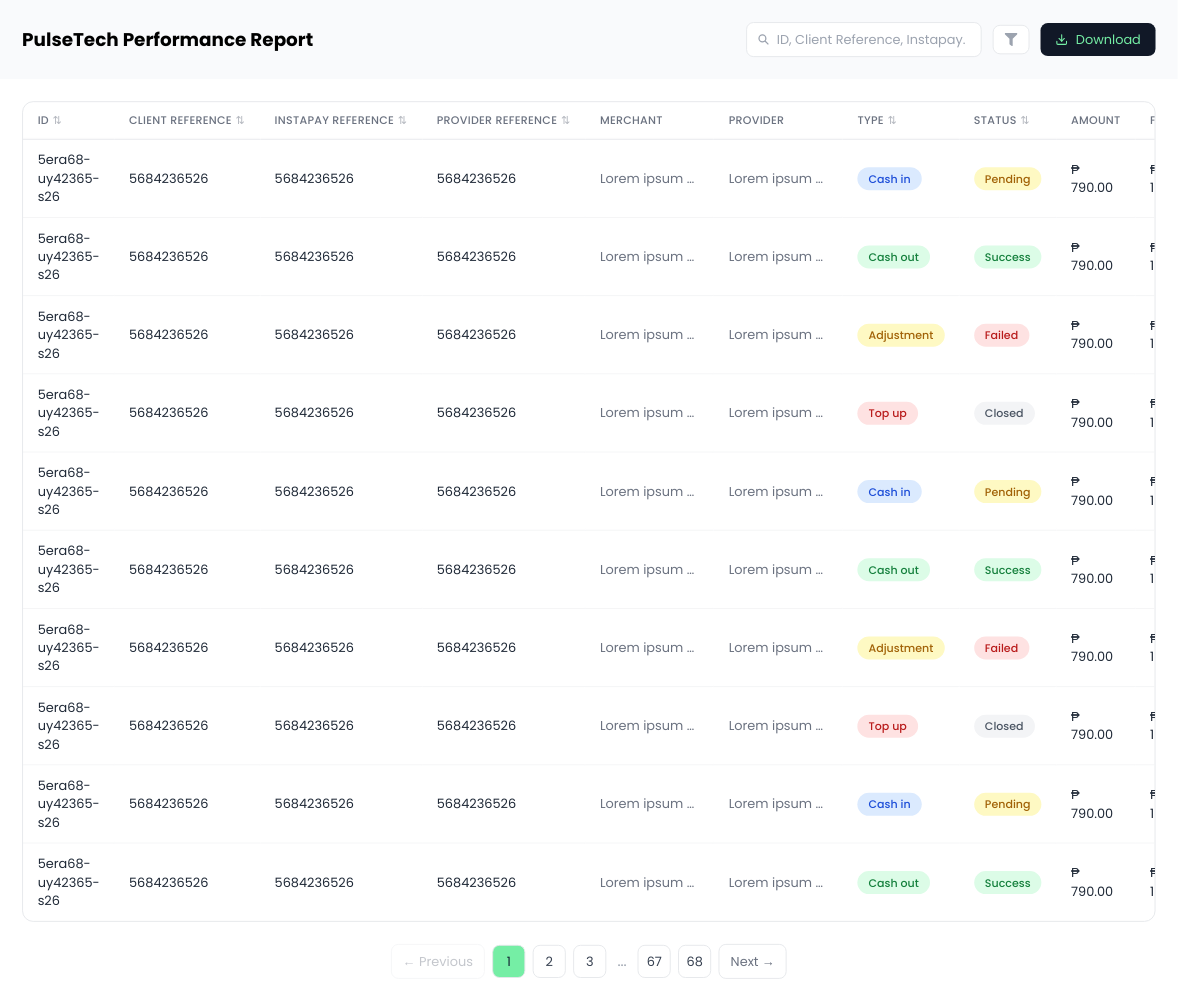
Repository: ShyrineJardin/pulse_admin
Page: /dashboard
The author's editor kept a copy of each file at every save. The page is drawn from the files as they stood at one save, then again after the next save.
The browser window is 1280 px wide. The pictures show the whole page, at 92% of full size.
The project was rebuilt for these pictures with package versions that can differ from the ones it lists, and the page was loaded fresh each time. Also part of the build but not shown: src/components/Login.jsx.

Above is the page before, as saved 2026-03-26 15:20:18.

After the next save:
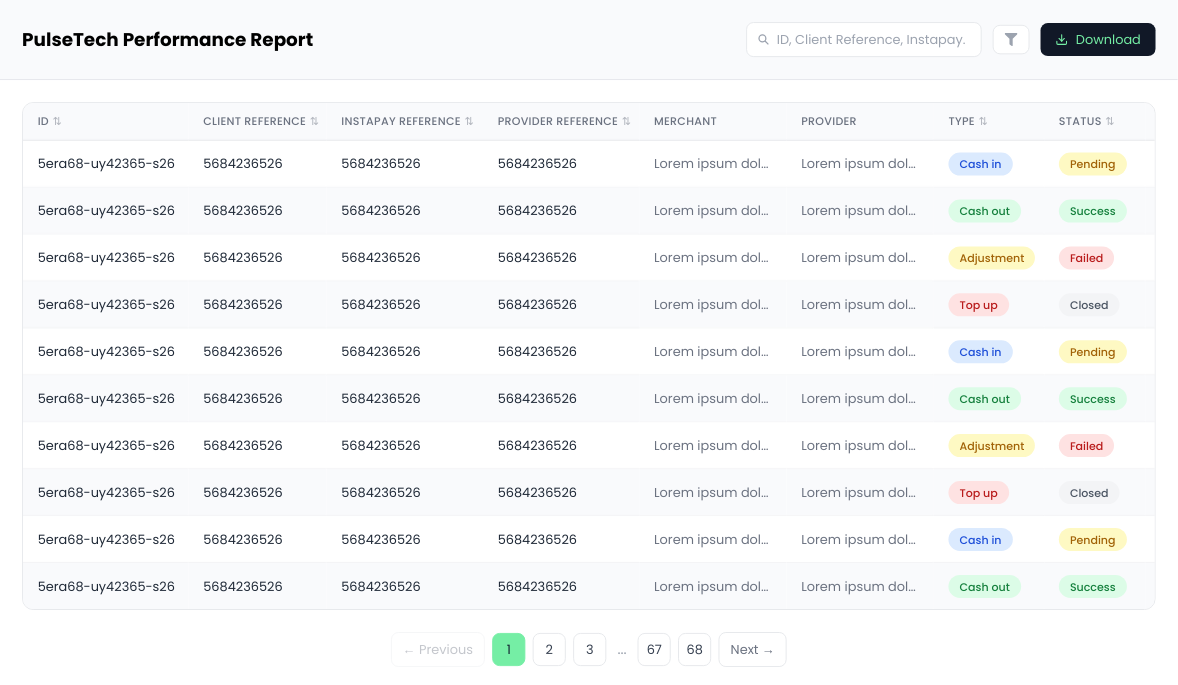
Saved 3 min 13 s later.
--- a/src/components/Dashboard.jsx
+++ b/src/components/Dashboard.jsx
@@ -95,11 +95,28 @@
     </span>
   );
 
+  const columns = [
+    { label: "ID",                   col: "id",          className: "w-[180px] min-w-[180px]" },
+    { label: "CLIENT REFERENCE",     col: "clientRef",   className: "w-[150px] min-w-[150px]" },
+    { label: "INSTAPAY REFERENCE",   col: "instapayRef", className: "w-[170px] min-w-[170px]" },
+    { label: "PROVIDER REFERENCE",   col: "providerRef", className: "w-[170px] min-w-[170px]" },
+    { label: "MERCHANT",             col: null,          className: "w-[160px] min-w-[160px]" },
+    { label: "PROVIDER",             col: null,          className: "w-[160px] min-w-[160px]" },
+    { label: "TYPE",                 col: "type",        className: "w-[120px] min-w-[120px]" },
+    { label: "STATUS",               col: "status",      className: "w-[110px] min-w-[110px]" },
+    { label: "AMOUNT",               col: null,          className: "w-[100px] min-w-[100px]" },
+    { label: "FEES",                 col: null,          className: "w-[80px]  min-w-[80px]"  },
+    { label: "ERROR",                col: null,          className: "w-[80px]  min-w-[80px]"  },
+    { label: "PAID DATE",            col: null,          className: "w-[110px] min-w-[110px]" },
+    { label: "CREATED DATE",         col: null,          className: "w-[120px] min-w-[120px]" },
+    { label: "ACTIONS",              col: null,          className: "w-[180px] min-w-[180px]" },
+  ];
+
   return (
     <div className="min-h-screen bg-white">
       {/* Header */}
-      <div className="flex items-center justify-between mb-6 bg-[#F9FAFC] w-full p-6 border-b-1 border-border">
-        <h1 className="text-xl font-bold ">
+      <div className="flex items-center justify-between mb-6 bg-[#F9FAFC] w-full p-6 border-b border-gray-200">
+        <h1 className="text-xl font-bold">
           PulseTech Performance Report
         </h1>
         <div className="flex items-center gap-3">
@@ -125,30 +142,16 @@
 
       {/* Table */}
       <div className="m-6 border border-gray-200 rounded-xl overflow-auto">
-        <table className="w-full text-sm min-w-[1100px]">
+        <table className="w-full text-sm table-fixed">
           <thead>
-            <tr className="border-b border-gray-200">
-              {[
-                { label: "ID", col: "id" },
-                { label: "CLIENT REFERENCE", col: "clientRef" },
-                { label: "INSTAPAY REFERENCE", col: "instapayRef" },
-                { label: "PROVIDER REFERENCE", col: "providerRef" },
-                { label: "MERCHANT", col: null },
-                { label: "PROVIDER", col: null },
-                { label: "TYPE", col: "type" },
-                { label: "STATUS", col: "status" },
-                { label: "AMOUNT", col: null },
-                { label: "FEES", col: null },
-                { label: "ERROR", col: null },
-                { label: "PAID DATE", col: null },
-                { label: "CREATED DATE", col: null },
-                { label: "ACTIONS", col: null },
-              ].map(({ label, col }) => (
+            <tr className="bg-[#F9FAFC] border-b border-gray-200">
+              {columns.map(({ label, col, className }) => (
                 <th
                   key={label}
                   onClick={() => col && handleSort(col)}
                   className={`px-4 py-3 text-left text-xs font-medium text-gray-500 tracking-wide whitespace-nowrap
-                    ${col ? "cursor-pointer hover:text-gray-800" : ""}`}
+                    ${col ? "cursor-pointer hover:text-gray-800" : ""}
+                    ${className}`}
                 >
                   {label}
                   {col && <SortIcon col={col} />}
@@ -158,29 +161,33 @@
           </thead>
           <tbody>
             {pageData.map((row, i) => (
-              <tr key={i} className="border-b border-gray-100 hover:bg-gray-50 last:border-none">
-                <td className="px-4 py-3 text-gray-800">{row.id}</td>
-                <td className="px-4 py-3 text-gray-800">{row.clientRef}</td>
-                <td className="px-4 py-3 text-gray-800">{row.instapayRef}</td>
-                <td className="px-4 py-3 text-gray-800">{row.providerRef}</td>
-                <td className="px-4 py-3 text-gray-500 max-w-[140px] truncate">{row.merchant}</td>
-                <td className="px-4 py-3 text-gray-500 max-w-[140px] truncate">{row.provider}</td>
-                <td className="px-4 py-3">
+              <tr
+                key={i}
+                className={`border-b border-gray-100 last:border-none
+                  ${i % 2 === 0 ? "bg-white" : "bg-[#F9FAFC]"}`}
+              >
+                <td className="px-4 py-3 text-gray-800 whitespace-nowrap">{row.id}</td>
+                <td className="px-4 py-3 text-gray-800 whitespace-nowrap">{row.clientRef}</td>
+                <td className="px-4 py-3 text-gray-800 whitespace-nowrap">{row.instapayRef}</td>
+                <td className="px-4 py-3 text-gray-800 whitespace-nowrap">{row.providerRef}</td>
+                <td className="px-4 py-3 text-gray-500 truncate">{row.merchant}</td>
+                <td className="px-4 py-3 text-gray-500 truncate">{row.provider}</td>
+                <td className="px-4 py-3 whitespace-nowrap">
                   <span className={`px-3 py-1 rounded-full text-xs font-medium ${TYPE_STYLES[row.type]}`}>
                     {row.type}
                   </span>
                 </td>
-                <td className="px-4 py-3">
+                <td className="px-4 py-3 whitespace-nowrap">
                   <span className={`px-3 py-1 rounded-full text-xs font-medium ${STATUS_STYLES[row.status]}`}>
                     {row.status}
                   </span>
                 </td>
-                <td className="px-4 py-3 text-gray-800 tabular-nums">{row.amount}</td>
-                <td className="px-4 py-3 text-gray-800 tabular-nums">{row.fees}</td>
-                <td className="px-4 py-3 text-gray-800">{row.error}</td>
-                <td className="px-4 py-3 text-gray-800">{row.paidDate}</td>
-                <td className="px-4 py-3 text-gray-800">{row.createdDate}</td>
-                <td className="px-4 py-3">
+                <td className="px-4 py-3 text-gray-800 tabular-nums whitespace-nowrap">{row.amount}</td>
+                <td className="px-4 py-3 text-gray-800 tabular-nums whitespace-nowrap">{row.fees}</td>
+                <td className="px-4 py-3 text-gray-800 whitespace-nowrap">{row.error}</td>
+                <td className="px-4 py-3 text-gray-800 whitespace-nowrap">{row.paidDate}</td>
+                <td className="px-4 py-3 text-gray-800 whitespace-nowrap">{row.createdDate}</td>
+                <td className="px-4 py-3 whitespace-nowrap">
                   <div className="flex gap-2">
                     <button className="px-3 py-1 text-xs border border-gray-200 rounded-md hover:bg-gray-100">
                       Details
@@ -218,7 +225,7 @@
               onClick={() => goPage(page)}
               className={`w-9 h-9 text-sm rounded-lg border
                 ${currentPage === page
-                  ? "bg-primary text-btn-text"
+                  ? "bg-primary text-btn-text border-primary"
                   : "border-gray-200 text-gray-700 hover:bg-gray-50"
                 }`}
             >
